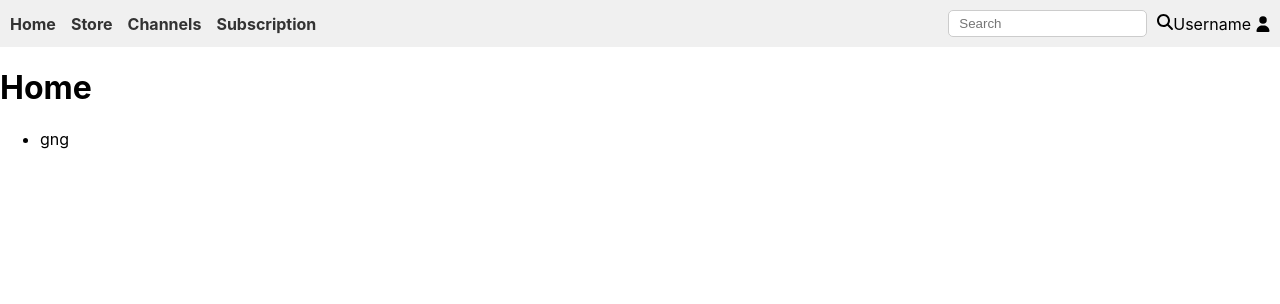
Repository: gordonnrat/group-2-project
Page: / (app in source-code/)
An editor plug-in stored every save of this project. The page is shown before and after the next save, followed by the edit.
The browser window is 1280 px wide. The pictures show the whole page.
The project was rebuilt for these pictures with package versions that can differ from the ones it lists, and the page was loaded fresh each time. Also part of the build but not shown: source-code/src/App.css, source-code/src/App.js, source-code/src/components/pages/Login.js.

Above is the page before, as saved 2023-07-20 13:58:12.

After the next save:
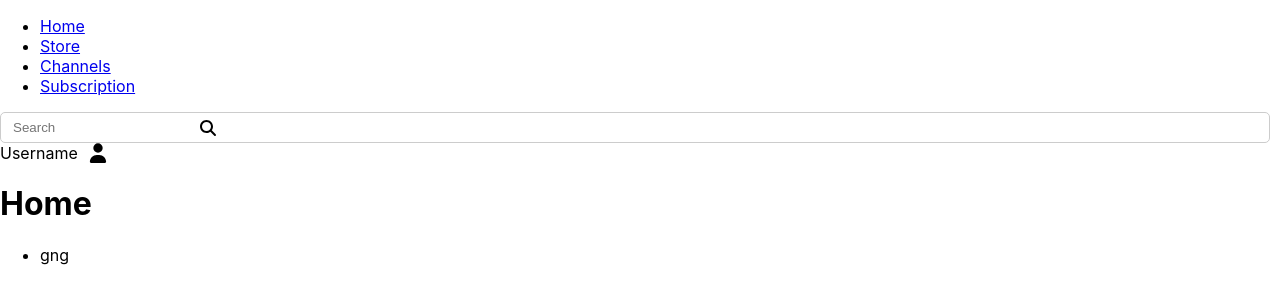
Saved 9 s later.
--- a/source-code/src/components/Navbar.css
+++ b/source-code/src/components/Navbar.css
@@ -1,50 +1,20 @@
 /* Navbar.css */
 
-.navbar {
-    background-color: #f0f0f0;
-    padding: 10px;
+/* ... (previous styles) ... */
+
+.search-bar {
     display: flex;
-    justify-content: space-between;
     align-items: center;
+    border: 1px solid #ccc;
+    border-radius: 5px;
+    padding: 2px;
+    margin-right: 10px;
 }
 
-.left-nav {
-    list-style-type: none;
-    margin: 0;
-    padding: 0;
-    display: flex;
-    align-items: center;
-}
-
-.left-nav li {
-    margin-right: 15px;
-}
-
-.left-nav li:last-child {
-    margin-right: 0;
-}
-
-.left-nav li a {
-    text-decoration: none;
-    color: #333;
-    font-size: 16px;
-    font-weight: bold;
-}
-
-.left-nav li a:hover {
-    color: #555;
-}
-
-.right-nav {
-    display: flex;
-    align-items: center;
-}
-
-.right-nav input[type="text"] {
+.search-bar input[type="text"] {
     padding: 5px 10px;
-    border: 1px solid #ccc;
-    border-radius: 5px;
-    margin-right: 10px;
+    border: none;
+    outline: none;
 }
 
 .user-section {
@@ -56,8 +26,8 @@
     margin-right: 5px;
 }
 
-.user-section img {
-    width: 30px;
-    height: 30px;
-    border-radius: 50%;
+.user-section svg {
+    width: 20px;
+    height: 20px;
+    margin-left: 5px;
 }
